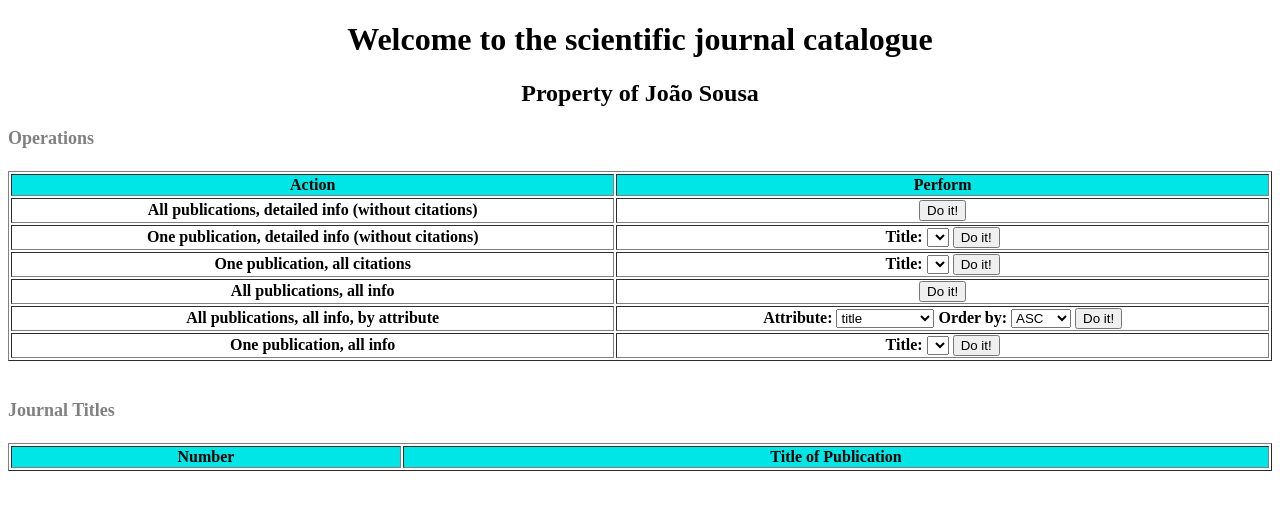
Repository: jlgsousa/javaEEapplication
Page: http://localhost/Catalog-Frontend/display.jsp
The author's editor kept a copy of each file at every save. The page is drawn from the files as they stood at one save, then again after the next save.
The browser window is 1280 px wide. The pictures show the whole page.
The page is served by Tomcat 9. Nobody is signed in. The application's start-up code is not run. Other server files are loaded and not shown. The template is opened directly, without the code that normally fills it, so the values that code supplies are empty.

Above is the page before, as saved 2019-05-30 18:54:21.

### Catalog-Frontend/WebContent/display.jsp
<%@ page language="java" contentType="text/html; charset=UTF-8" pageEncoding="UTF-8"%>
<%@ taglib  uri="http://java.sun.com/jsp/jstl/core" prefix="c" %>

<!DOCTYPE html PUBLIC "-//W3C//DTD HTML 4.01 Transitional//EN" "http://www.w3.org/TR/html4/loose.dtd">
<html>
<head>
<meta http-equiv="Content-Type" content="text/html; charset=UTF-8">
<title>Catalog of scientific journals</title>
</head>
<body>

	<h1 style="text-align:center">Welcome to the scientific journal catalogue</h1>
	<h2 style="text-align:center">Property of João Sousa</h2>
	<h1 style="color: gray">
		<font size="4">Operations</font>
	</h1>

	<form action="main" method="post">
	<table width="100%" border="1" align="center">
		<tr bgcolor="#00e6e6"><th>Action</th><th>Perform</th></tr>

		<tr><th>All publications, detailed info (without citations)</th>
		<th><input type="submit" name="action1" value="Do it!" /></th></tr>

		<tr><th>One publication, detailed info (without citations)</th>
		<th>Title: <select name="action2" >
			<c:forEach var="itemTitle" items="${myListOfTitles}" varStatus="loop1">
				<option>${itemTitle}</option>
			</c:forEach>
		</select>
		<input type = "submit" name="action21" value="Do it!" /></th></tr>

		<tr><th>One publication, all citations</th>
		<th>Title: <select name="action3" >
			<c:forEach var="itemTitle" items="${myListOfTitles}" varStatus="loop1">
				<option>${itemTitle}</option>
			</c:forEach>
		</select>
		<input type = "submit" name="action31" value="Do it!" /></th></tr>

		<tr><th>All publications, all info</th>
		<th><input type = "submit" name="action4" value="Do it!" /></th></tr>

		<tr><th>All publications, all info, by attribute</th>
		<th>Attribute: <select name="action51">
			<option>title</option>
			<option>authors</option>
			<option>conference</option>
			<option>description</option>
			<option>journal</option>
			<option>publisher</option>
			<option>scholar_artic</option>
			<option>date</option>
			<option>issue</option>
			<option>n_citations</option>
		</select>
		Order by: <select name="action52">
			<option>ASC</option>
			<option>DESC</option>
		</select>
		<input type = "submit" name="action53" value="Do it!" /></th></tr>

		<tr><th>One publication, all info</th>
		<th>Title: <select name="action6" >
			<c:forEach var="itemTitle" items="${myListOfTitles}" varStatus="loop1">
				<option>${itemTitle}</option>
			</c:forEach>
		</select>
		<input type = "submit" name="action61" value="Do it!" /></th></tr>

	</table>
	</form>

	<br />

	<h1 style="color: gray">
		<font size="4">Journal Titles</font>
	</h1>
	<table width="100%" border="1" align="center">
		<tr bgcolor="#00e6e6">
			<th>Number</th><th>Title of Publication</th>
		</tr>
		<c:forEach var="item" items="${myListOfTitles}" varStatus="loop">
			<tr>
				<th>${loop.index+1}</th><th>${item}</th>
			</tr>
		</c:forEach>
	</table>

<%-- 	<div>${titulo}</div> --%>
</body>
</html>

After the next save:
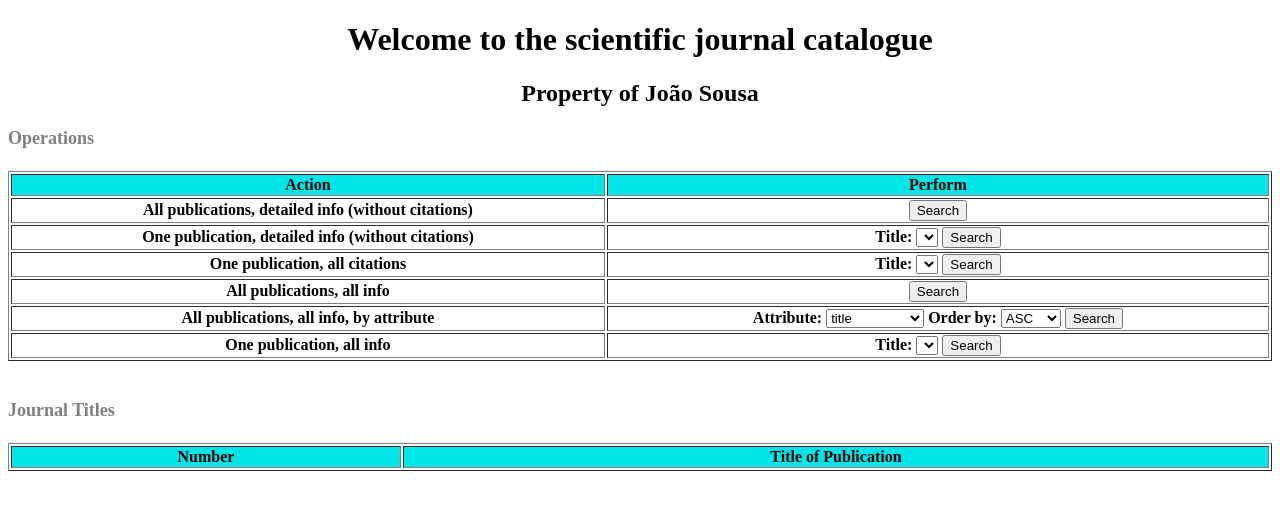
Saved 104 s later.
--- a/Catalog-Frontend/WebContent/display.jsp
+++ b/Catalog-Frontend/WebContent/display.jsp
@@ -20,7 +20,7 @@
 		<tr bgcolor="#00e6e6"><th>Action</th><th>Perform</th></tr>
 
 		<tr><th>All publications, detailed info (without citations)</th>
-		<th><input type="submit" name="action1" value="Do it!" /></th></tr>
+		<th><input type="submit" name="action1" value="Search" /></th></tr>
 
 		<tr><th>One publication, detailed info (without citations)</th>
 		<th>Title: <select name="action2" >
@@ -28,7 +28,7 @@
 				<option>${itemTitle}</option>
 			</c:forEach>
 		</select>
-		<input type = "submit" name="action21" value="Do it!" /></th></tr>
+		<input type = "submit" name="action21" value="Search" /></th></tr>
 
 		<tr><th>One publication, all citations</th>
 		<th>Title: <select name="action3" >
@@ -36,10 +36,10 @@
 				<option>${itemTitle}</option>
 			</c:forEach>
 		</select>
-		<input type = "submit" name="action31" value="Do it!" /></th></tr>
+		<input type = "submit" name="action31" value="Search" /></th></tr>
 
 		<tr><th>All publications, all info</th>
-		<th><input type = "submit" name="action4" value="Do it!" /></th></tr>
+		<th><input type = "submit" name="action4" value="Search" /></th></tr>
 
 		<tr><th>All publications, all info, by attribute</th>
 		<th>Attribute: <select name="action51">
@@ -58,7 +58,7 @@
 			<option>ASC</option>
 			<option>DESC</option>
 		</select>
-		<input type = "submit" name="action53" value="Do it!" /></th></tr>
+		<input type = "submit" name="action53" value="Search" /></th></tr>
 
 		<tr><th>One publication, all info</th>
 		<th>Title: <select name="action6" >
@@ -66,7 +66,7 @@
 				<option>${itemTitle}</option>
 			</c:forEach>
 		</select>
-		<input type = "submit" name="action61" value="Do it!" /></th></tr>
+		<input type = "submit" name="action61" value="Search" /></th></tr>
 
 	</table>
 	</form>
